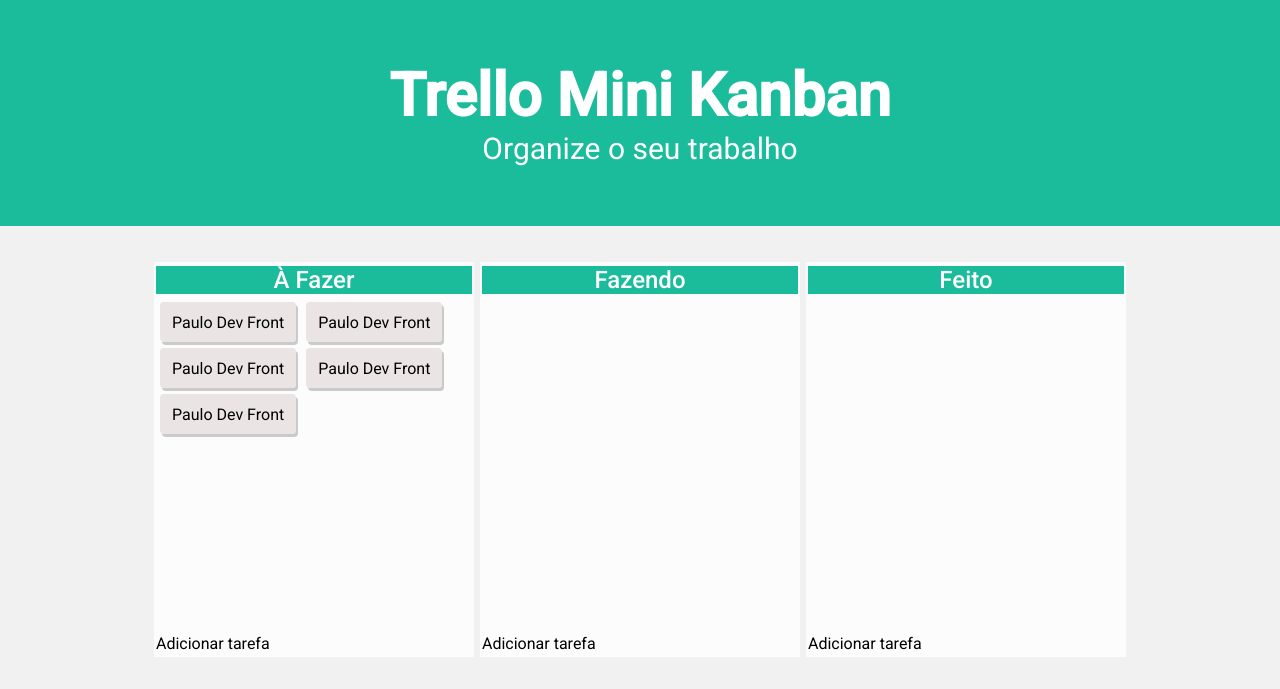
Repository: douglasabnovato/byteclass
Page: trello-mini-kanban/index.html
The author's editor kept a copy of each file at every save. The page is drawn from the files as they stood at one save, then again after the next save.
The browser window is 1280 px wide. The pictures show the whole page.

Above is the page before, as saved 2025-07-31 21:23:12.

### trello-mini-kanban/index.html
<!DOCTYPE html>
<html>
  <head>
    <meta charset="UTF-8" />
    <meta http-equiv="X-UA-Compatible" content="IE=edge" />
    <meta name="viewport" content="width=device-width, initial-scale=1.0" />
    <link
      rel="stylesheet"
      href="https://cdnjs.cloudflare.com/ajax/libs/font-awesome/4.7.0/css/font-awesome.min.css"
    />
    <title>Trello Mini Kanban</title>
    <link rel="stylesheet" href="./style.css" />
  </head>

  <body>
    <div id="home" class="container content">
      <header>
        <h1>Trello Mini Kanban</h1>
        <p>Organize o seu trabalho</p>
      </header>

      <main>
        <div class="board">
          <h3 class="title">À Fazer</h3>
          <ul
            id="a-fazer"
            class="todo-list"
            ondrop="drop(event, this.id)"
            ondragover="over(event)"
          >
            <li>Paulo Dev Front</li>
            <li>Paulo Dev Front</li>
            <li>Paulo Dev Front</li>
            <li>Paulo Dev Front</li>
            <li>Paulo Dev Front</li>
          </ul>
          <div class="add-card" onclick="addCard(this)">
            <p>Adicionar tarefa</p>
          </div>
        </div>

        <div class="board">
          <h3 class="title">Fazendo</h3>
          <ul
            id="fazendo"
            class="todo-list"
            ondrop="drop(event, this.id)"
            ondragover="over(event)"
          ></ul>
          <div class="add-card" onclick="addCard(this)">
            <p>Adicionar tarefa</p>
          </div>
        </div>

        <div class="board">
          <h3 class="title">Feito</h3>
          <ul
            id="feito"
            class="todo-list"
            ondrop="drop(event, this.id)"
            ondragover="over(event)"
          ></ul>
          <div class="add-card" onclick="addCard(this)">
            <p>Adicionar tarefa</p>
          </div>
        </div>
      </main>
    </div>

    <script src="./script.js"></script>
  </body>
</html>

### trello-mini-kanban/style.css
@import url("https://fonts.googleapis.com/css2?family=Roboto:wght@100;300;400;500&display=swap");

* {
  box-sizing: border-box;
  margin: 0;
}

body {
  background-color: #f1f1f1;
  font-family: "Roboto", sans-serif;
}

header {
  padding: 60px;
  text-align: center;
  background: #1abc9c;
  color: white;
  font-size: 30px;
}

main {
  display: flex;
  flex-wrap: wrap;
  justify-content: center;
  padding-block: 36px;
  gap: 6px;
}

.board {
  display: flex;
  flex-direction: column;
  gap: 4px;
  padding-block: 4px;
  padding-inline: 2px;
  width: 320px;
  background-color: rgba(255, 255, 255, 0.8);
}

.board .title {
  background-color: #1abc9c;
  color: white;
  text-align: center;
  font-size: 24px;
  font-weight: 500;
}

.board ul {
  display: flex;
  flex-wrap: wrap;
  align-content: flex-start;
  min-height: 332px;
  padding: 4px;
  list-style-type: none;
  gap: 6px 10px;
}

.board ul li {
  display: flex;
  justify-content: space-between;
  align-items: center;
  min-width: 100px;
  height: 40px;
  padding: 8px 12px;
  background-color: rgba(232, 225, 225, 0.873);
  box-shadow: 2px 3px rgba(0, 0, 0, 0.2);
  border-radius: 4px;
}

/*

.board li:hover {
  cursor: move;
  background-color: rgba(200, 200, 200, 0.5);
  box-shadow: 2px 2px rgba(0, 0, 0, 0.4);
}

.board .todo-list .remove {
  width: 16px;
  height: 16px;
  border-radius: 50%;
  text-align: center;
  font-size: 12px;
  color: #c3c3c3;
}

.board .todo-list .remove:hover {
  cursor: pointer;
  background-color: lightcoral;
}

.board .add-card {
  background-color: rgba(200, 200, 200, 0.8);
  border-radius: 2px;
  box-shadow: 2px 2px rgba(0, 0, 0, 0.2);
  margin: 4px 4px;
}

.board .add-card:hover {
  background-color: rgba(192, 182, 182, 0.95);
  cursor: pointer;
  box-shadow: 2px 2px rgba(0, 0, 0, 0.4);
}

.board .add-card p {
  font-size: 16px;
  padding: 15px 10px;
  font-weight: 100;
}
*/

### trello-mini-kanban/script.js

// function addCard(element) {
//   const ulId = element.previousElementSibling.id;
//   const text = prompt("Qual é a tarefa?");
//   const board = document.getElementById(ulId);

//   const template = `
//     <li id="${new Date().getTime()}" draggable="true" ondragstart="drag(event)">
//         <p>${text}</p>
//         <p class="remove" onclick="removeCard(this)">x</p>
//     </li>
//   `;

//   board.innerHTML += template;
// }

// /* remover uma tarefa */
// function removeCard(element) {
//   document.getElementById(element.parentElement.id).remove();
// }

// /* arrastar uma tarefa entre os quadros */
// function drag(event) {
//   event.dataTransfer.setData("card", event.target.id);
// }

// function over(event) {
//   event.preventDefault();
// }

// function drop(event, id) {
//   event.preventDefault();

//   const target = document.getElementById(id);
//   const data = event.dataTransfer.getData("card");
//   const card = document.getElementById(data);

//   target.appendChild(card);
//   event.dataTransfer.clearData();
// }

After the next save:
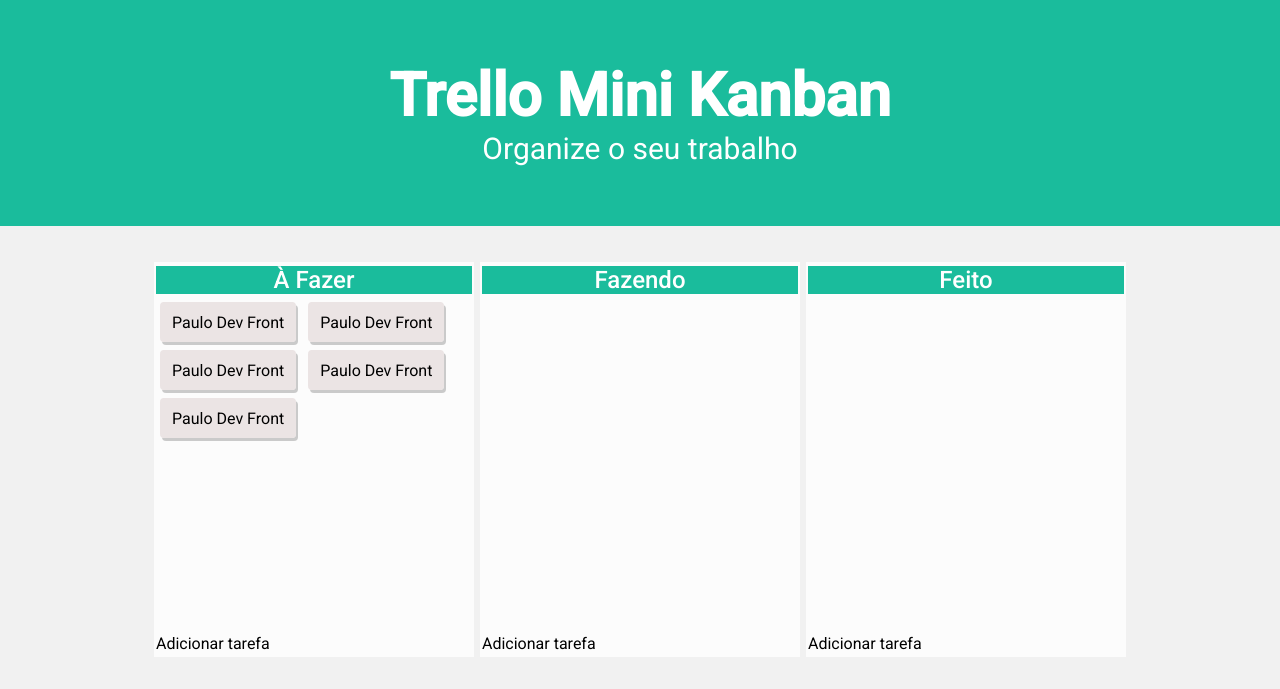
Saved 9 s later.
--- a/trello-mini-kanban/style.css
+++ b/trello-mini-kanban/style.css
@@ -51,7 +51,7 @@
   min-height: 332px;
   padding: 4px;
   list-style-type: none;
-  gap: 6px 10px;
+  gap: 8px 12px;
 }
 
 .board ul li {
